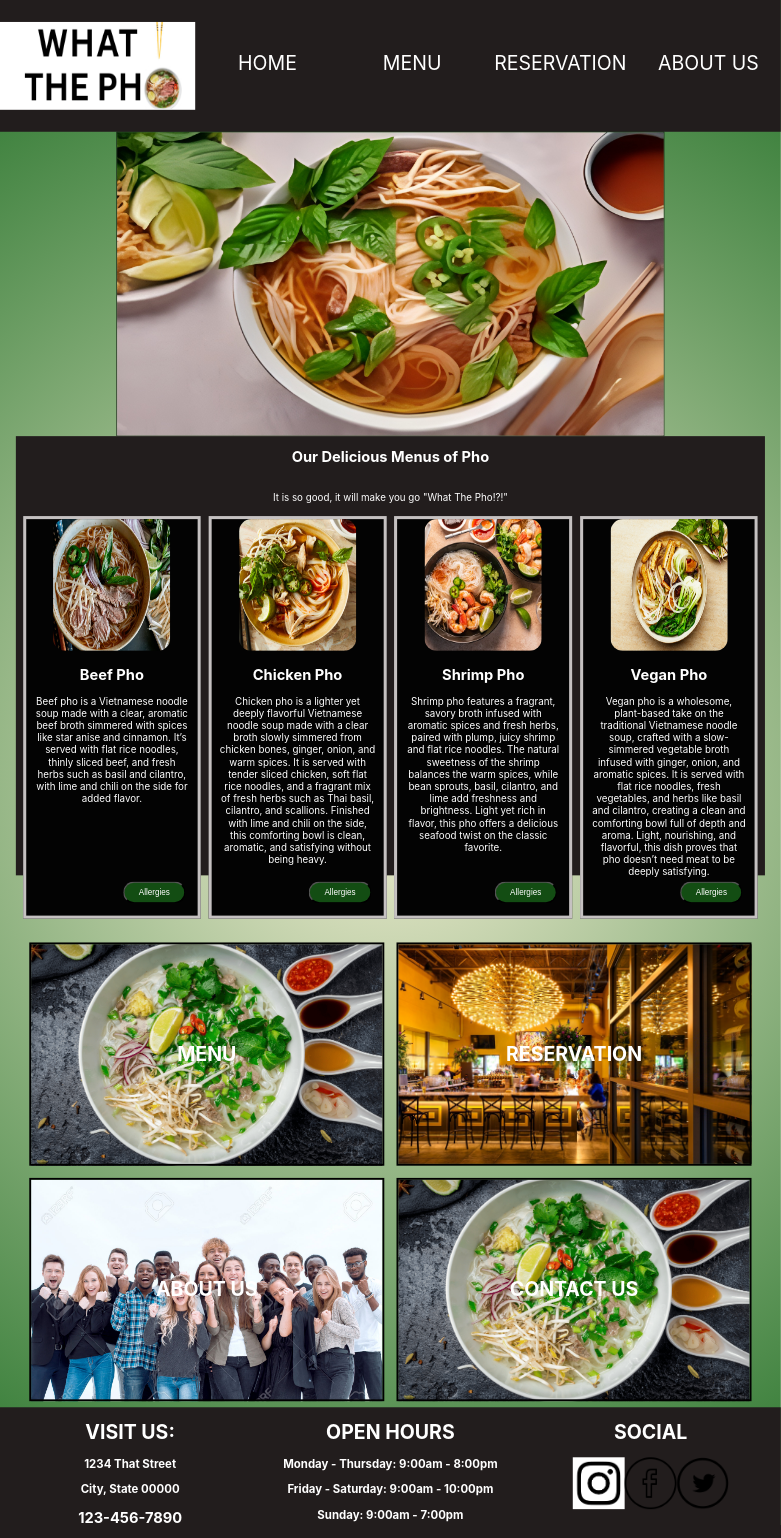
Repository: NguyenkhDang/Restaurant-Website
Page: /
These files come from the project's save history. The page is drawn as it stood at one moment and after the next save; the edit follows.
The browser window is 1280 px wide. The pictures show the whole page, at 61% of full size.
The project was rebuilt for these pictures with package versions that can differ from the ones it lists, and the page was loaded fresh each time.

Above is the page before, as saved 2026-01-16 19:32:35.

After the next save:
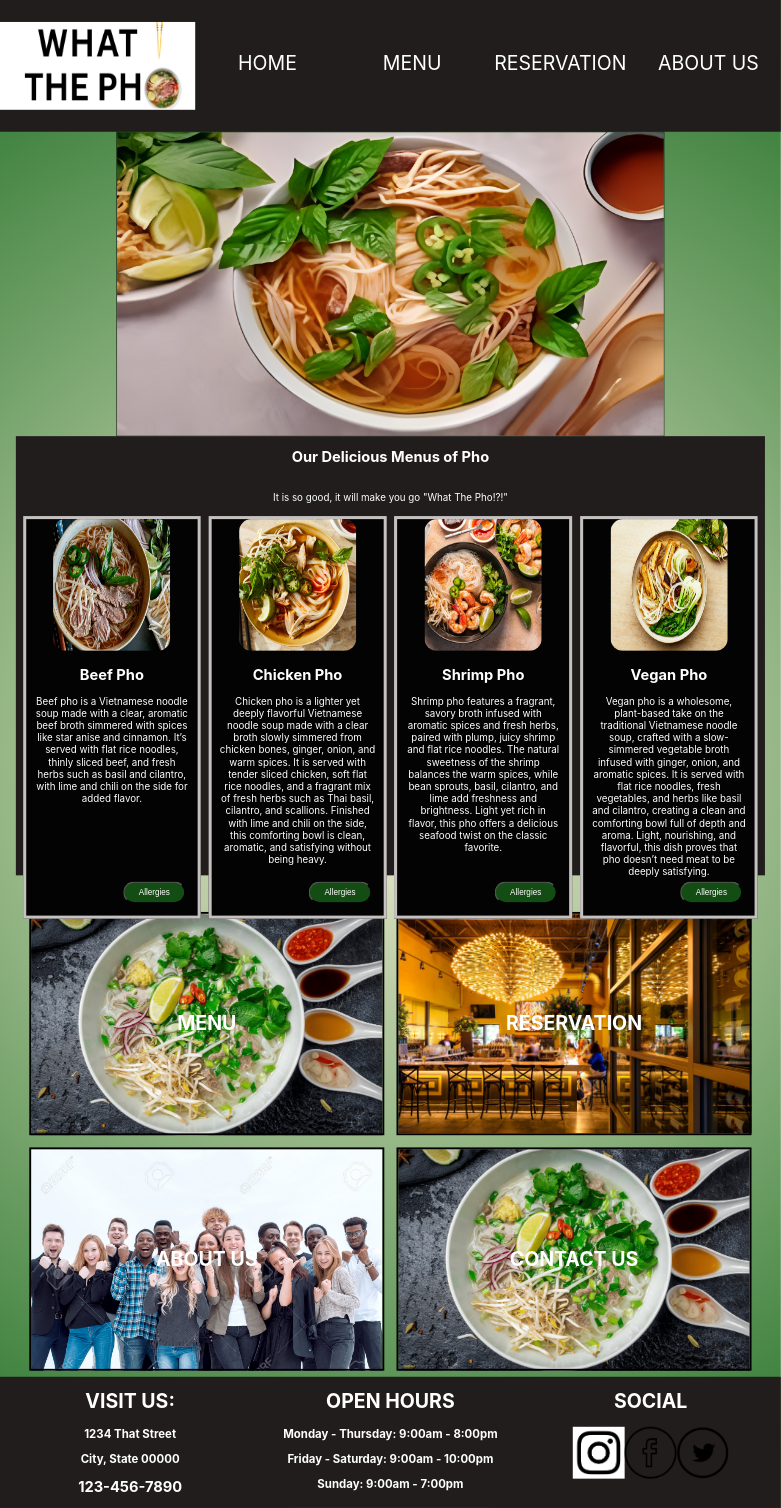
Saved 7 s later.
--- a/src/CSS/SectionContainer.css
+++ b/src/CSS/SectionContainer.css
@@ -2,7 +2,7 @@
   display: grid;
   grid-template-columns: repeat(2, 1fr);
   grid-template-rows: repeat(2, 1fr);
-  margin-top: 100px;
+  margin-top: 50px;
 }
 
 .containerMain div{
